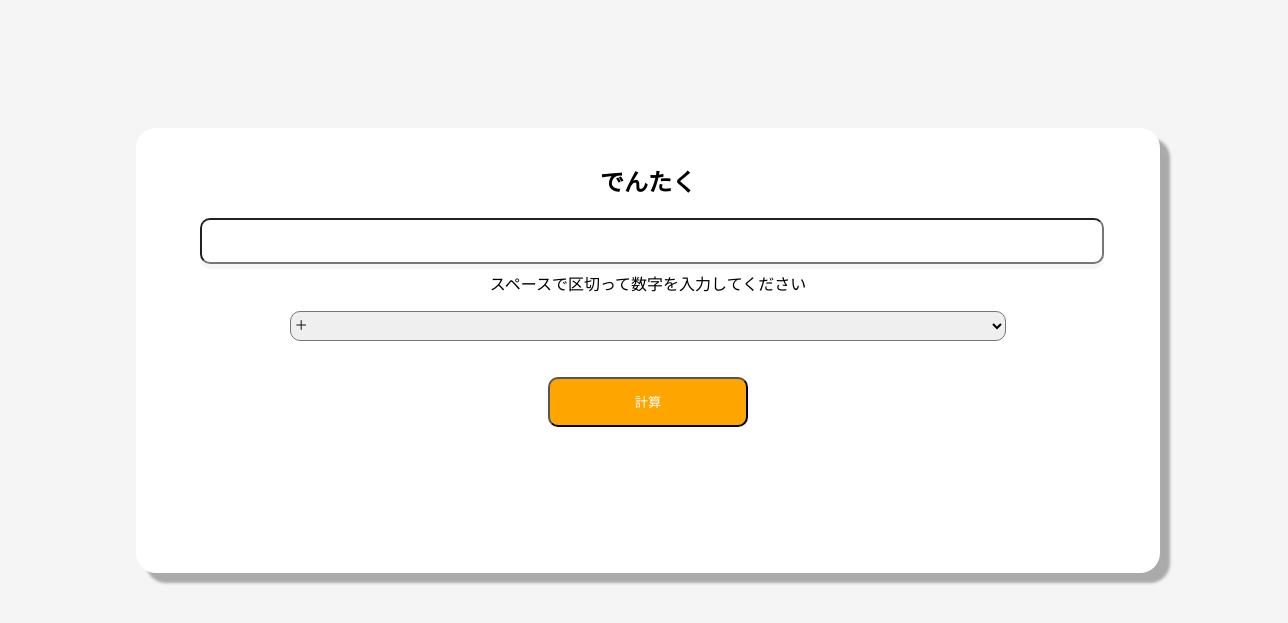
Repository: yuuukihara/test2
Page: http://localhost/dentaku2/
The author's editor kept a copy of each file at every save. The page is drawn from the files as they stood at one save, then again after the next save.
The browser window is 1280 px wide. The page is 1288 px wide, so the pictures cover 1288 px, including what lies to the right of the window. The pictures show the whole page.
The page is served by Tomcat 9.

Above is the page before, as saved 2018-09-10 06:02:59.

After the next save:
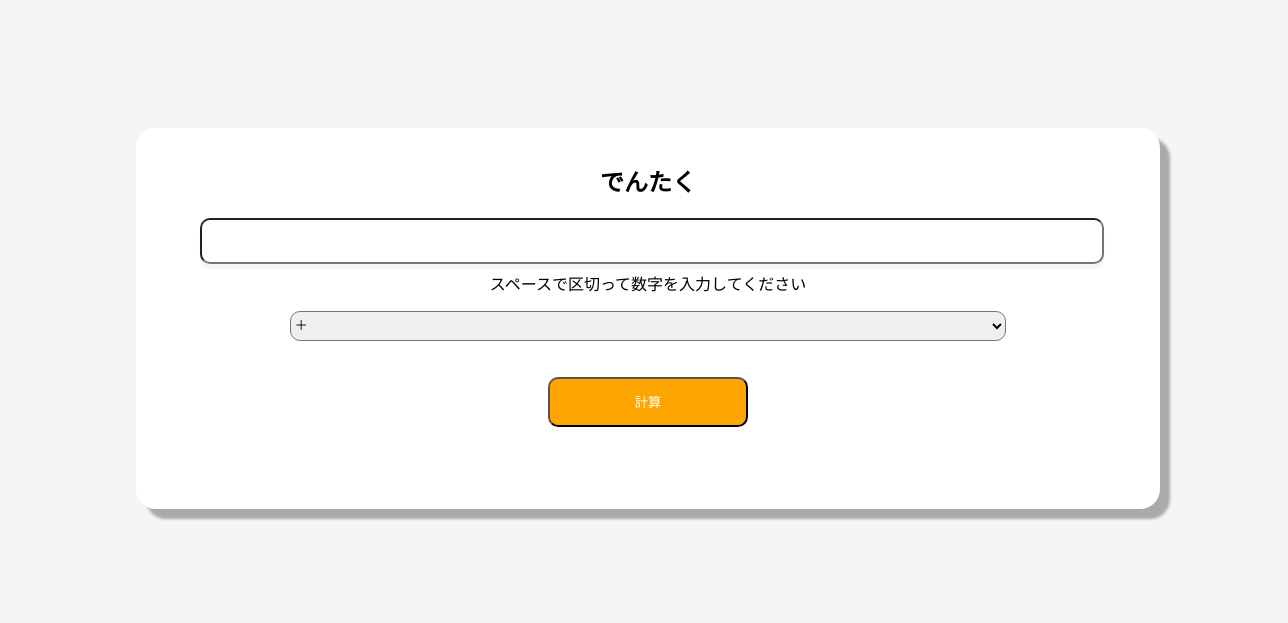
Saved 25 s later.
--- a/dentaku2/WebContent/css/Style.css
+++ b/dentaku2/WebContent/css/Style.css
@@ -9,7 +9,7 @@ body{
 	background-color:white;
 	text-align:center;
 	margin:10% 10%;
-	padding:15px 5% 10% 5%;
+	padding:15px 5% 5% 5%;
 	border-radius:20px;
 	box-shadow:10px 10px 3px #aaaaaa;
 
